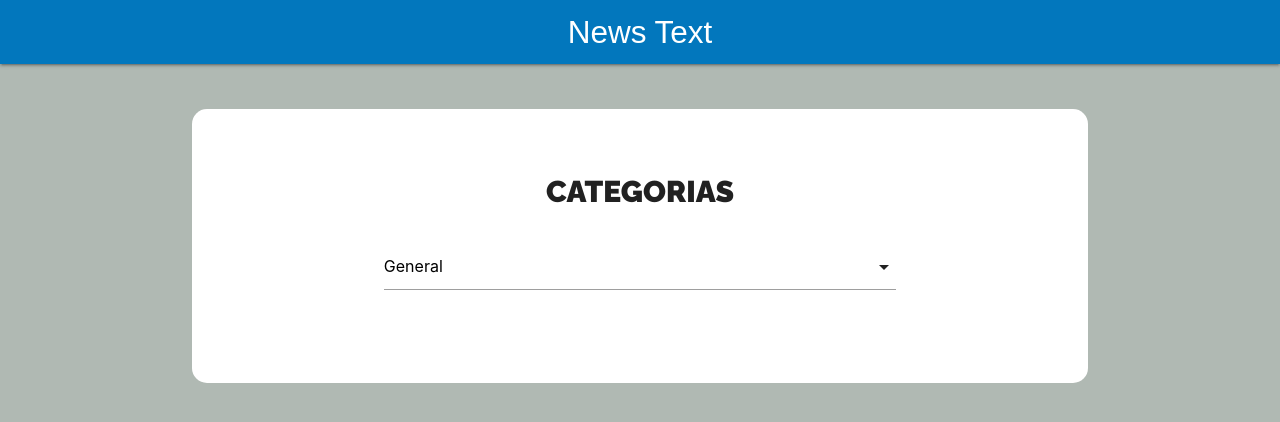
Repository: harrycampaz/news-react
Page: /
The author's editor kept a copy of each file at every save. The page is drawn from the files as they stood at one save, then again after the next save.
The browser window is 1280 px wide. The pictures show the whole page.
The page's requests for data from a server got no answer. The project was rebuilt for these pictures with package versions that can differ from the ones it lists, and the page was loaded fresh each time. No one was signed in, and anything a server would have sent is missing. Also part of the build but not shown: src/components/news/News.js.

Above is the page before, as saved 2020-01-17 14:09:54.

### public/index.html
<!DOCTYPE html>
<html lang="en">
  <head>
    <meta charset="utf-8" />
    <link rel="icon" href="%PUBLIC_URL%/favicon.ico" />
    <meta name="viewport" content="width=device-width, initial-scale=1" />
    <meta name="theme-color" content="#000000" />
    <meta
      name="description"
      content="Web site created using create-react-app"
    />
    <link rel="apple-touch-icon" href="%PUBLIC_URL%/logo192.png" />
    <!--
      manifest.json provides metadata used when your web app is installed on a
      user's mobile device or desktop. See https://developers.google.com/web/fundamentals/web-app-manifest/
    -->
    <link rel="manifest" href="%PUBLIC_URL%/manifest.json" />
    <link rel="stylesheet" href="https://cdnjs.cloudflare.com/ajax/libs/materialize/1.0.0/css/materialize.min.css">
    <link href="https://fonts.googleapis.com/css?family=Raleway:700,900" rel="stylesheet">





    <!--
      Notice the use of %PUBLIC_URL% in the tags above.
      It will be replaced with the URL of the `public` folder during the build.
      Only files inside the `public` folder can be referenced from the HTML.

      Unlike "/favicon.ico" or "favicon.ico", "%PUBLIC_URL%/favicon.ico" will
      work correctly both with client-side routing and a non-root public URL.
      Learn how to configure a non-root public URL by running `npm run build`.
    -->
    <title>React App</title>
  </head>
  <body>
    <noscript>You need to enable JavaScript to run this app.</noscript>
    <div id="root"></div>
    <!--
      This HTML file is a template.
      If you open it directly in the browser, you will see an empty page.

      You can add webfonts, meta tags, or analytics to this file.
      The build step will place the bundled scripts into the <body> tag.

      To begin the development, run `npm start` or `yarn start`.
      To create a production bundle, use `npm run build` or `yarn build`.
    -->
    <script src="https://cdnjs.cloudflare.com/ajax/libs/materialize/1.0.0/js/materialize.min.js"></script>
    <script>
     document.addEventListener('DOMContentLoaded', function() {
         var elements = document.querySelectorAll('select');
         M.FormSelect.init(elements);
     });
   </script>
  </body>
</html>

### src/index.css
body {
  margin: 0;
  padding: 0;
  font-family: sans-serif;
}

body {
  background-color: #b0b9b3;
}
.card-content h3 {
  font-size: 1.4rem;
}
.row {
  display: flex;
  flex-wrap: wrap;
}
.contenedor-noticias {
  padding: 2rem;
  border-radius: 1rem;
  margin-top: 3rem;
}

.buscador {
  margin-top: 2rem;
  margin-bottom: 2rem;
  text-align: left;
}
.buscador label {
  font-size: 2rem;
  color: black;
}
.dropdown-content li>span {
  color: black;
}
.select-wrapper input.select-dropdown:focus {
  border-bottom: 1px solid #e64a19!important;
}
h2 {
  font-family: 'Raleway', sans-serif;
  font-weight: 900;
  font-size: 2rem;
  text-transform: uppercase;
  text-align: center;
}

.card-action .btn {
  width: 100%;
}
.enviar input[type="submit"] {
  width: 100%;
}

.fade-enter {
  opacity: 0;
  transform: scale(1.25);
}
.fade-enter.fade-enter-active {
  opacity: 1;
  transition: all .5s ease-in;
  transform: scale(1);
}

.fade-exit {
  opacity: 1;
  transform: scale(1.25);
}
.fade-exit.fade-exit-active {
  opacity: 0;
  transition: all .5s ease-in;
  transform: scale(1);
}

### src/App.js
import React, { Component, Fragment } from 'react';
import Header from './components/Header';
import ListNews from './components/news/ListNews';
import Search from './components/Search';
import {GLOBAL} from './config/constants'

class App extends Component {

  state = {

    news: []
  }
  async componentDidMount(){

    this.getNoticias();

  }

  getNoticias =  async (category = 'general') => {
    const url = `${GLOBAL.url}${GLOBAL.version}top-headlines?country=co&category=${category}&apiKey=${GLOBAL.apiKey}`;

    const response = await fetch(url);
    const news = await response.json();

    this.setState({
      news: news.articles
    })
  }

  render() {
    return (

      <Fragment>
      <Header titulo= "News Text"/>
      <div className ="container white contenedor-noticias">

<Search getNoticias = {this.getNoticias}/>
<ListNews news = {this.state.news}/>

      </div>
      </Fragment>
    );
  }
}

export default App;

### src/components/Header.js
import React from 'react';
import PropTypes from 'prop-types';

const Header = ({titulo}) => {
    return (
        <nav className ="nav-wrapper light-blue darken-3">

    <a href="#!" className ="brand-logo center"> {titulo}</a>
        </nav>
    );
};


Header.propTypes = {
    titulo: PropTypes.string.isRequired
};

export default Header;

### src/components/news/ListNews.js
import React from 'react';
import News from './News';
import PropTypes from 'prop-types';

const ListNews = ({news}) => {
    return (
        <div className="row">
            {news.map(newsItem => {
               return <News key={newsItem.url} newsItem ={newsItem} />
            })}
        </div>
    );
};

ListNews.propTypes = {
    news: PropTypes.array.isRequired
};


export default ListNews;

### src/components/Search.js
import React, { Component } from 'react';
import PropTypes from 'prop-types';
class Search extends Component {

    state = {
        category: ''
    }

    componentDidMount(){
        this.setState({
            category: 'general'
        })
    }

    handleCategoy = e => {
        this.setState({
            category: e.target.value
        }, ()=> {
            this.props.getNoticias(this.state.category);
        })

        //enviarlo a la princiale

    }

    render() {
        return (
            <div className="buscardor row">
                <div className = "col s12 m8 offset-m2">
                    <form>
                        <h2>
                            Categorias
                        </h2>

                        <div className ="input-field col s12">

                            <select onChange={this.handleCategoy} >
                                <option value = "general">General</option>
                                <option value = "business">Business</option>
                                <option value = "entertainment">Entertainment</option>
                                <option value = "health">Health</option>
                                <option value = "science">Science</option>
                                <option value = "sports">Sports</option>
                                <option value = "technology">Technology</option>
                            </select>

                        </div>
                    </form>
                </div>


            </div>
        );
    }
}

Search.propTypes = {
    getNoticias: PropTypes.func.isRequired
};

export default Search;

### src/config/constants.js
export const GLOBAL = {

    url: 'https://newsapi.org/',
    version:'v2/',
    apiKey: 'e2e31acf44744967adbfc05c32672e50'
}

Loaded but not shown: src/index.js (common file); src/serviceWorker.js (common file)

After the next save:
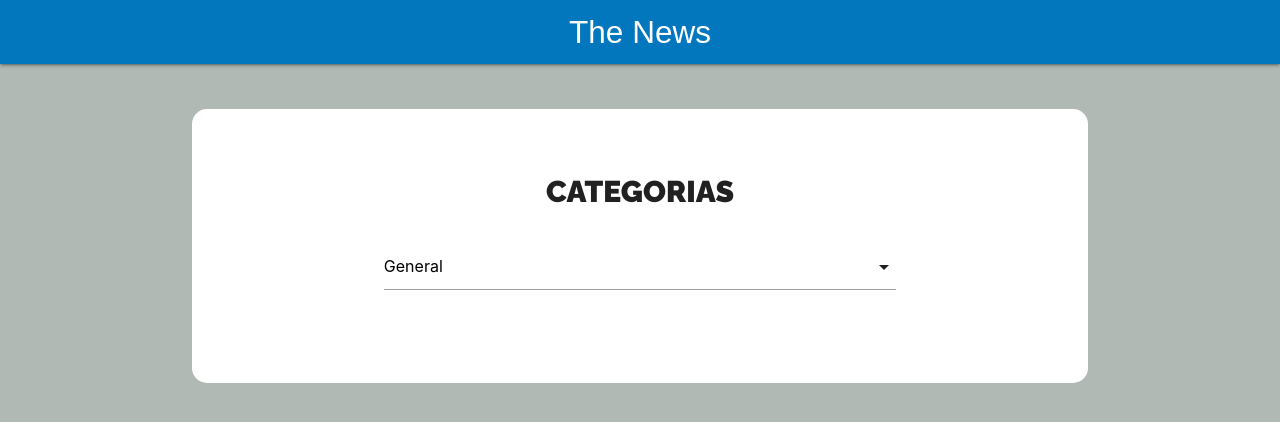
Saved 26 min 36 s later.
--- a/src/App.js
+++ b/src/App.js
@@ -31,7 +31,7 @@ class App extends Component {
     return (
 
       <Fragment>
-      <Header titulo= "News Text"/>
+      <Header titulo= "The News"/>
       <div className ="container white contenedor-noticias">
 
 <Search getNoticias = {this.getNoticias}/>
